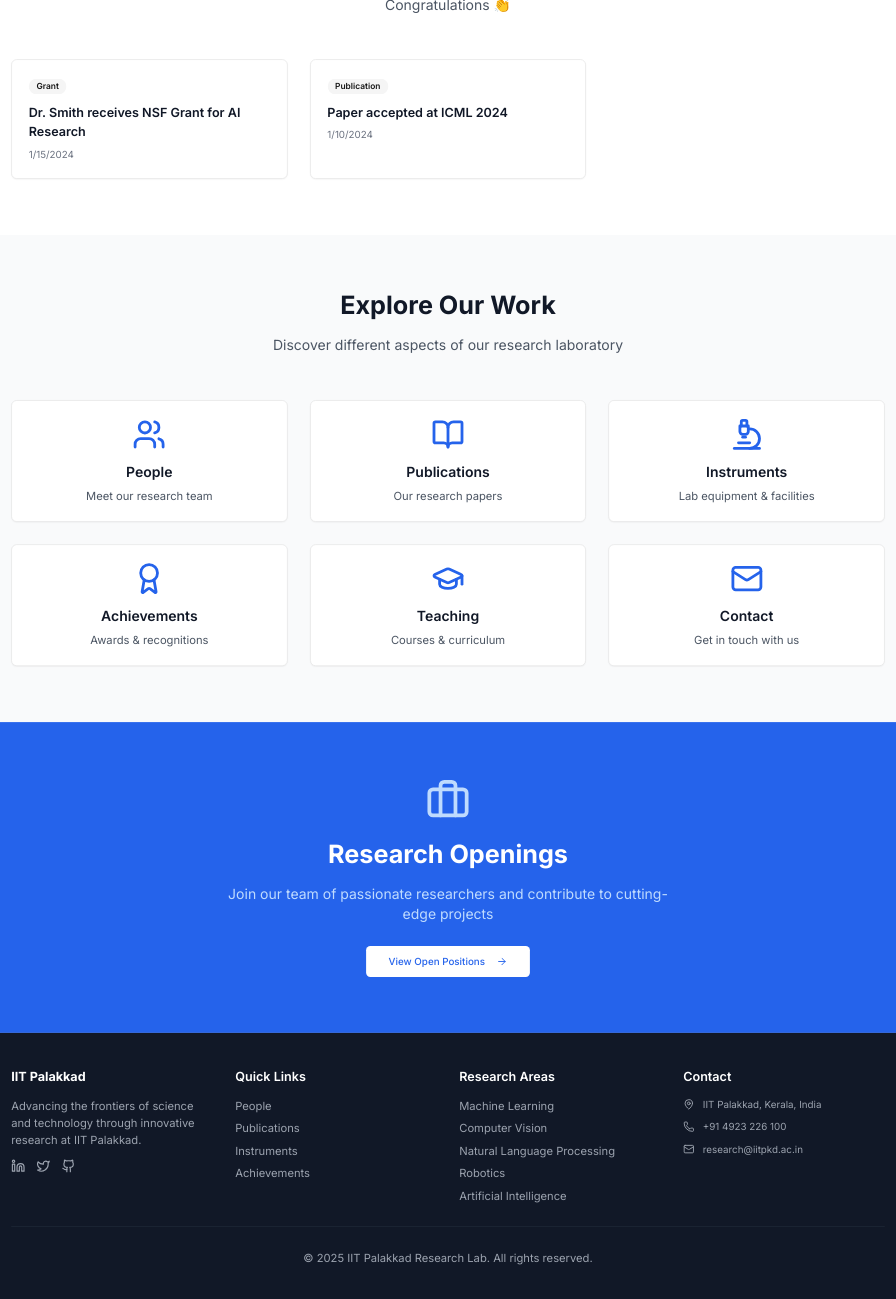
Repository: Gopikrish-30/iit-palakkad-arise
Page: /
The author's editor kept a copy of each file at every save. The page is drawn from the files as they stood at one save, then again after the next save.
The browser window is 1280 px wide. The pictures show the part of the page from y = 2262 to 4182 px (the page is 4118 px tall before and 4182 px after), at 70% of full size.
The project was rebuilt for these pictures with package versions that can differ from the ones it lists, and the page was loaded fresh each time. The framework's server and built-in components were replaced by stand-ins that run in the browser. Also part of the build but not shown: next.config.mjs.

Above is the page before, as saved 2025-06-08 16:46:13.

After the next save:
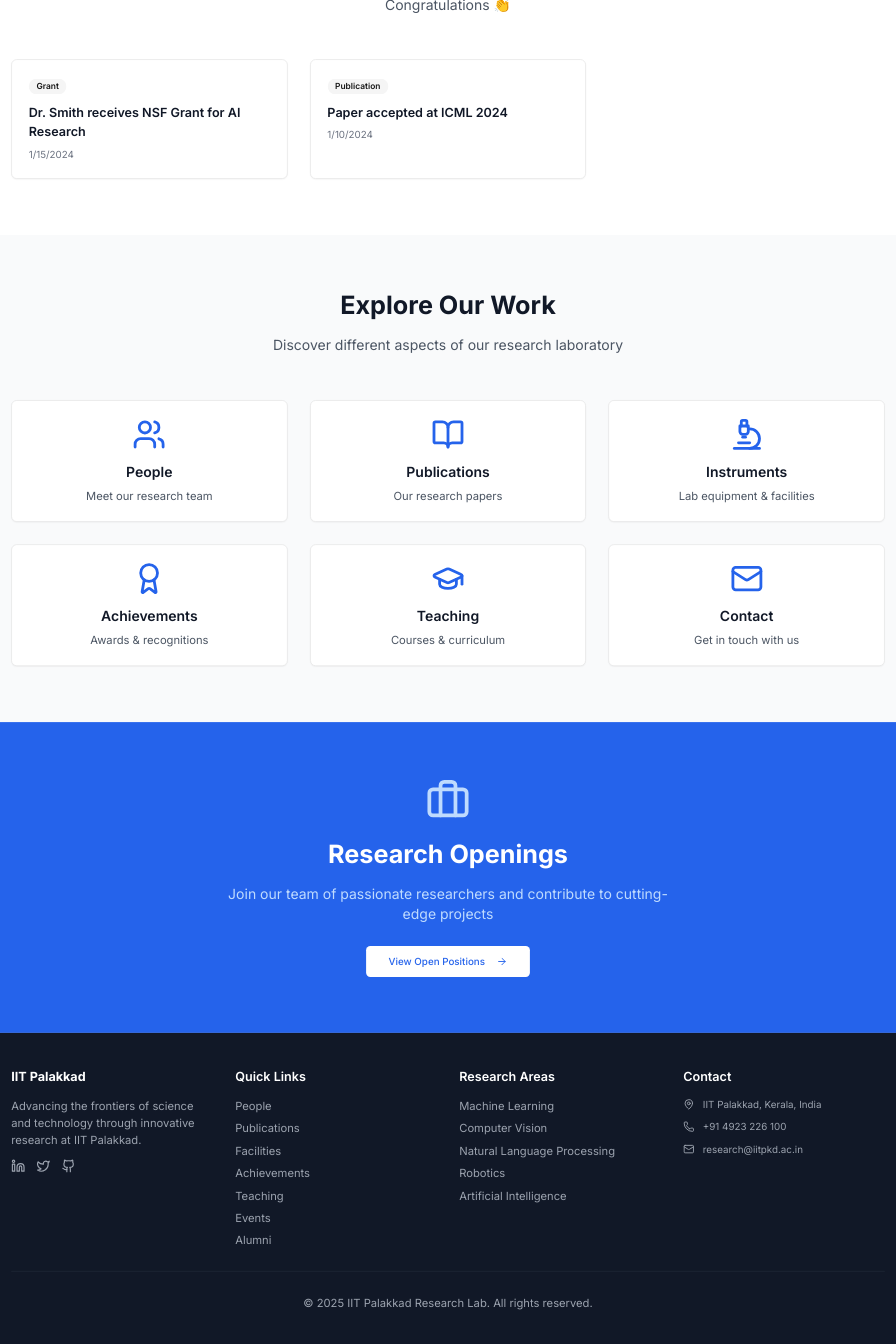
Saved 14 s later.
--- a/components/layout/footer.tsx
+++ b/components/layout/footer.tsx
@@ -47,12 +47,27 @@ export default function Footer() {
               </li>
               <li>
                 <Link href="/instruments" className="text-gray-400 hover:text-white transition-colors">
-                  Instruments
+                  Facilities
                 </Link>
               </li>
               <li>
                 <Link href="/achievements" className="text-gray-400 hover:text-white transition-colors">
                   Achievements
+                </Link>
+              </li>
+              <li>
+                <Link href="/teaching" className="text-gray-400 hover:text-white transition-colors">
+                  Teaching
+                </Link>
+              </li>
+              <li>
+                <Link href="/events" className="text-gray-400 hover:text-white transition-colors">
+                  Events
+                </Link>
+              </li>
+              <li>
+                <Link href="/alumni" className="text-gray-400 hover:text-white transition-colors">
+                  Alumni
                 </Link>
               </li>
             </ul>
